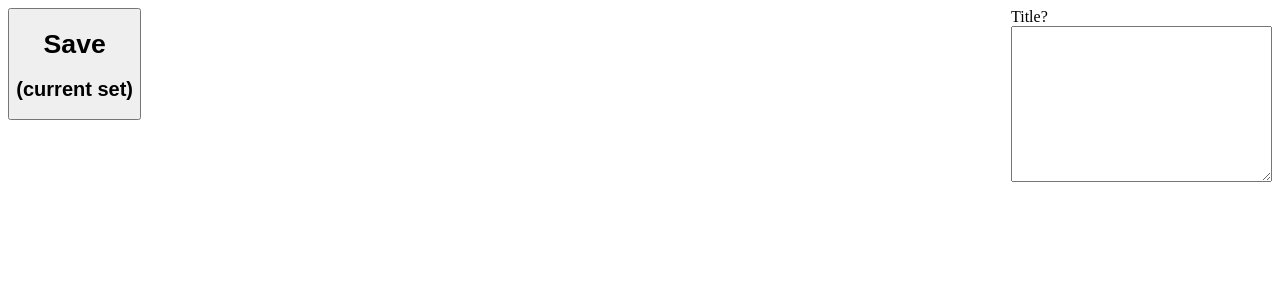
Repository: pixman92/GitTab
Page: popup.html
The author's editor kept a copy of each file at every save. The page is drawn from the files as they stood at one save, then again after the next save.
The browser window is 1280 px wide. The pictures show the whole page.

Above is the page before, as saved 2020-01-24 13:38:56.

After the next save:
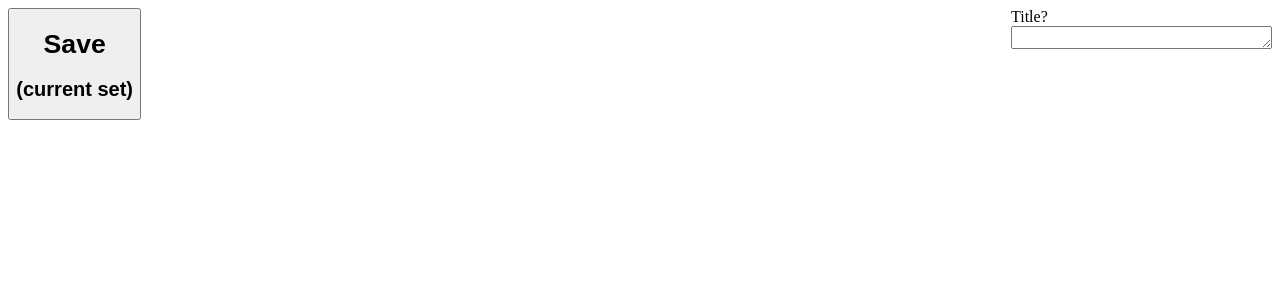
Saved 6 min 39 s later.
--- a/popup.html
+++ b/popup.html
@@ -24,6 +24,9 @@ showing the different commands -->
             display: grid;
             grid-template-rows: 1fr 1fr;
         }
+        textarea{
+            height: 1.3em;
+        }
     </style>
 </head>
 <body>
